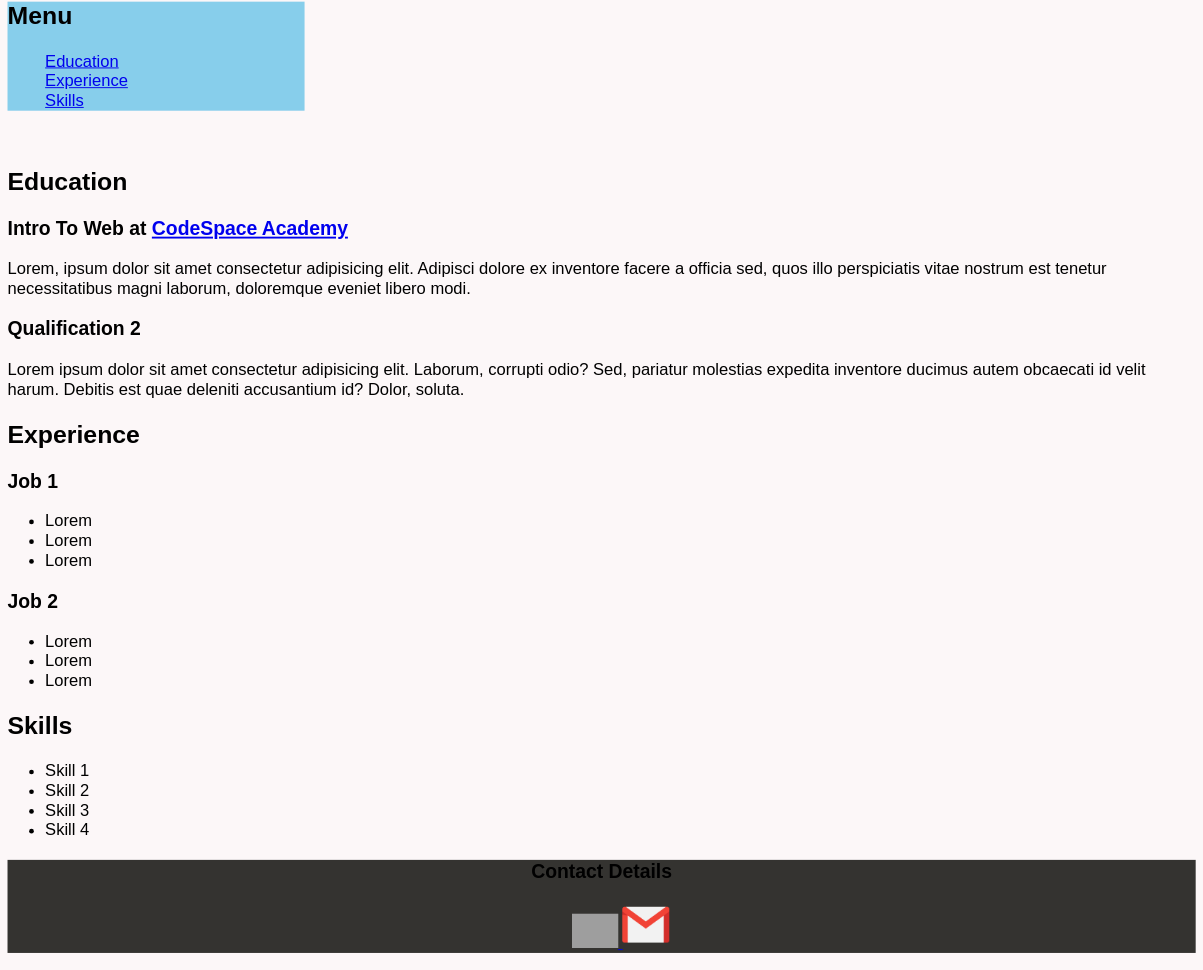
Repository: TristanKMorris/introToWebDesignAssignment
Page: resume1.html
These files come from the project's save history. The page is drawn as it stood at one moment and after the next save; the edit follows.
The browser window is 1280 px wide. The pictures show the part of the page from y = 337 to 1369 px (the page is 1369 px tall), at 94% of full size.
Pictures or frames that could not be fetched are drawn as grey boxes. A picture or video elsewhere on the page could not be fetched, so the positions and the page height are approximate.

Above is the page before, as saved 2022-06-02 18:38:33.

After the next save:
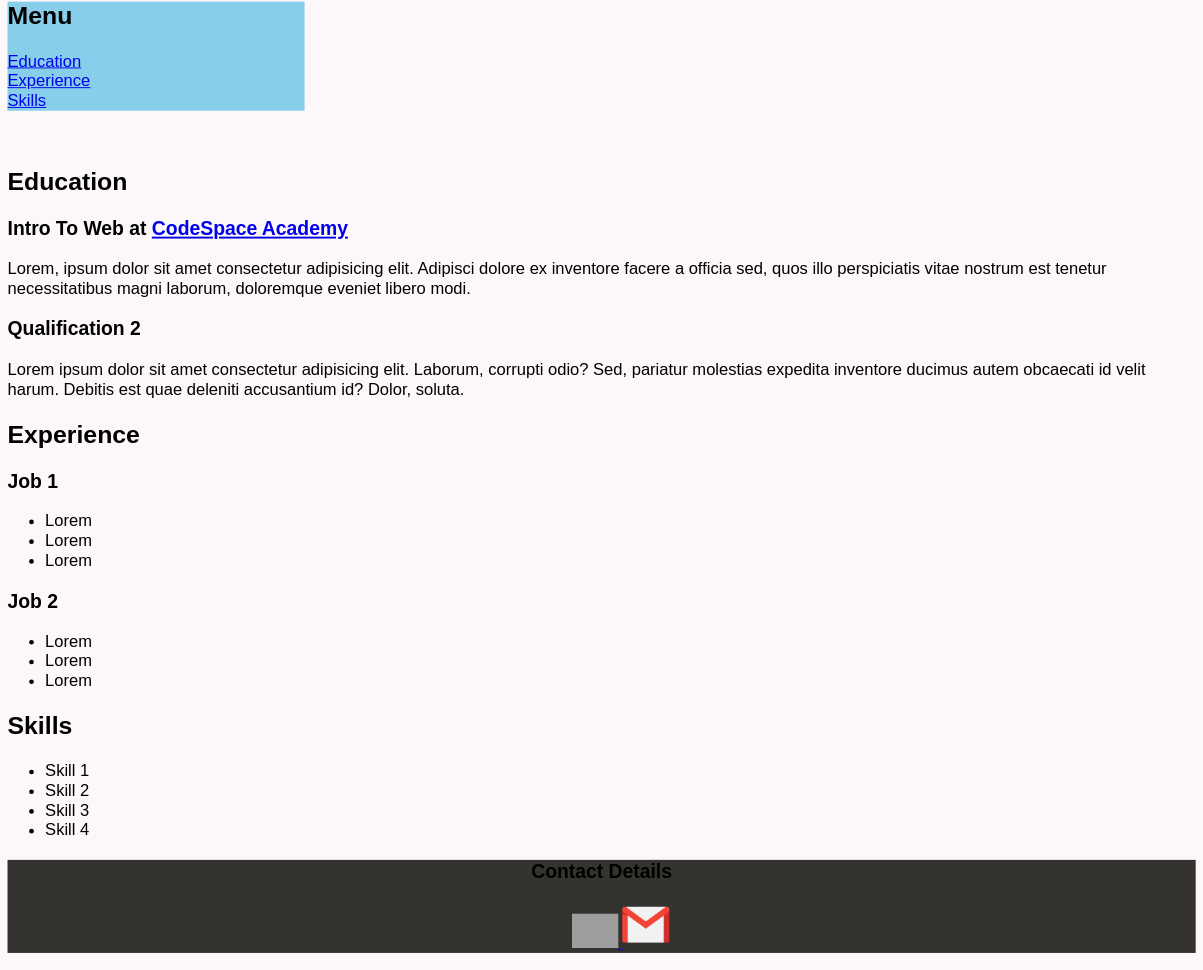
Saved 53 s later.
--- a/css/stylesheet.css
+++ b/css/stylesheet.css
@@ -30,4 +30,5 @@ footer {
 }
 .navMenu{
   list-style-type: none;
+  padding: 0%;
 }
